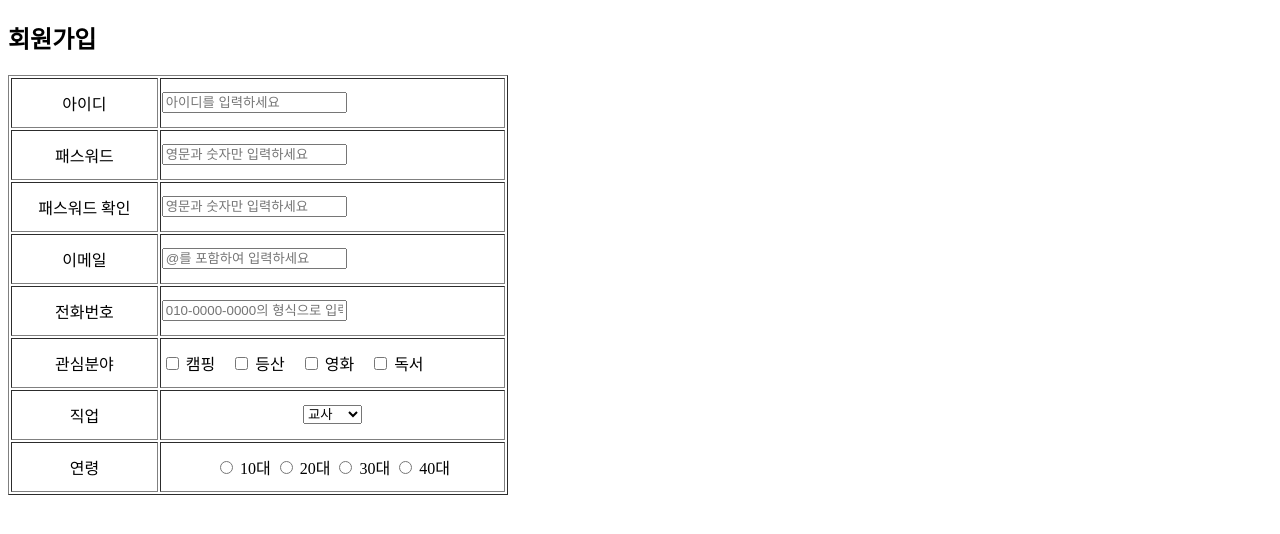
Repository: ohseung-web/OTjsp2026
Page: http://localhost/chapter/RequestJoin.jsp
The author's editor kept a copy of each file at every save. The page is drawn from the files as they stood at one save, then again after the next save.
The browser window is 1280 px wide. The pictures show the whole page.
The page is served by Tomcat 9.

Above is the page before, as saved 2026-10-18 02:32:47.

After the next save:
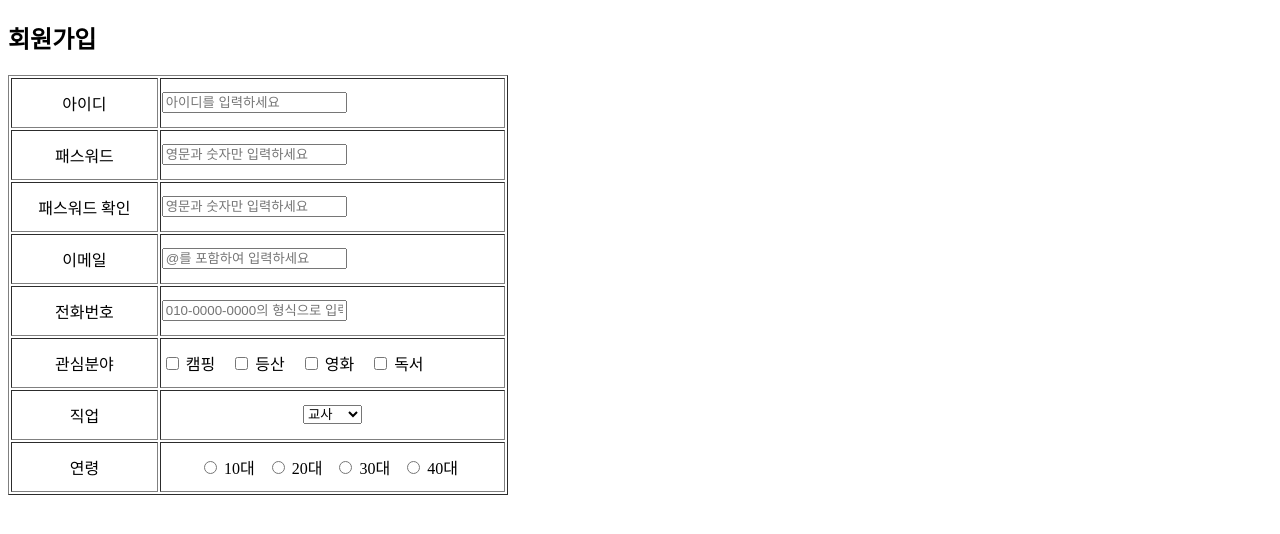
Saved 17 s later.
--- a/chapter/src/main/webapp/RequestJoin.jsp
+++ b/chapter/src/main/webapp/RequestJoin.jsp
@@ -68,13 +68,13 @@
 				<td width="150" align="center">연령</td>
 				<td width="350" align="center">
 					<input type="radio" name="age" value="10대" id="teenage">
-					<label for="teenage">10대</label>
+					<label for="teenage">10대</label>&nbsp;&nbsp;
 					<input type="radio" name="age" value="10대" id="twenty">
-					<label for="twenty">20대</label>
+					<label for="twenty">20대</label>&nbsp;&nbsp;
 					<input type="radio" name="age" value="10대" id="thirty">
-					<label for="thirty">30대</label>
+					<label for="thirty">30대</label>&nbsp;&nbsp;
 					<input type="radio" name="age" value="10대" id="forty">
-					<label for="forty">40대</label>
+					<label for="forty">40대</label>&nbsp;&nbsp;
 				</td>
 			</tr>
 		</table>
